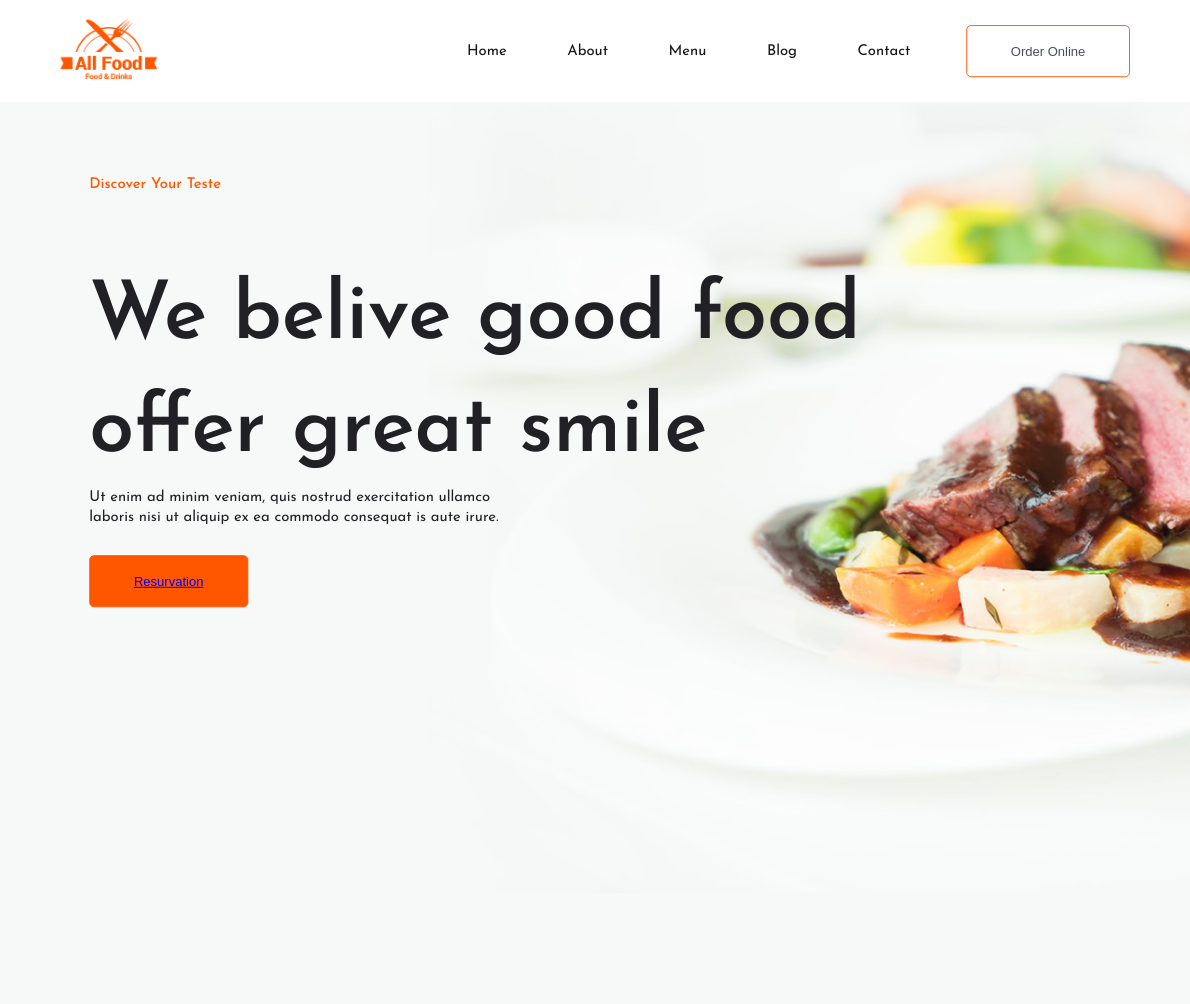
Repository: Ebtehal18/food
Page: index.html
These files come from the project's save history. The page is drawn as it stood at one moment and after the next save; the edit follows.
The browser window is 1280 px wide. The pictures show the whole page, at 93% of full size.

Above is the page before, as saved 2024-01-17 12:06:49.

After the next save:
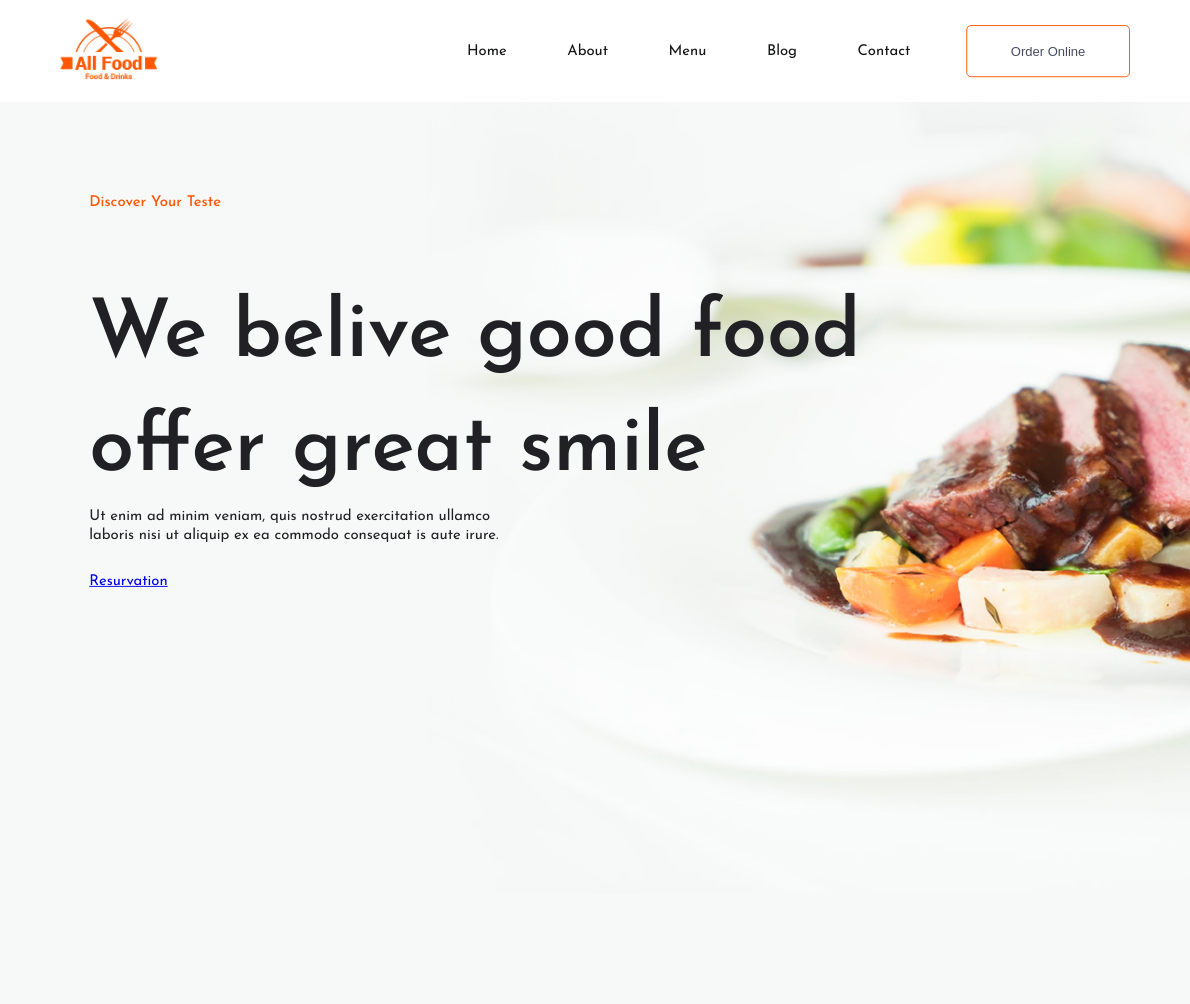
Saved 44 s later.
--- a/index.html
+++ b/index.html
@@ -48,7 +48,7 @@
             Ut enim ad minim veniam, quis nostrud exercitation ullamco laboris
             nisi ut aliquip ex ea commodo consequat is aute irure.
           </p>
-          <button><a href="#">Resurvation</a></button></div>
+         <a href="#" class="btn">Resurvation</a></div>
           </div>
         </div>
       </div>
